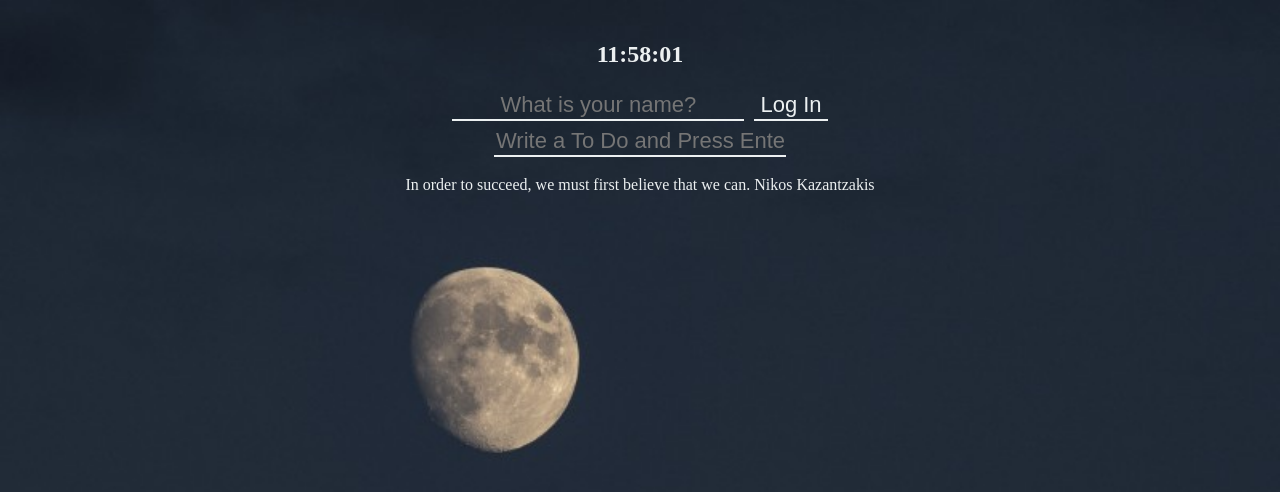
Repository: MIJI-H/chrome
Page: index.html
The author's editor kept a copy of each file at every save. The page is drawn from the files as they stood at one save, then again after the next save.
The browser window is 1280 px wide. The pictures show the whole page.

Above is the page before, as saved 2024-01-26 17:40:05.

### index.html
<!DOCTYPE html>
<html lang="en">
  <head>
    <meta charset="UTF-8" />
    <meta name="viewport" content="width=device-width, initial-scale=1.0" />
    <link rel="stylesheet" href="css/style.css" />
    <title>WELCOME</title>
  </head>
  <body>
    <h2 id="clock">00:00:00</h2>
    <form class="hidden" id="login-form">
      <input
        required
        maxlength="15"
        type="text"
        placeholder="What is your name?"
      />
      <input type="submit" value="Log In" />
    </form>
    <h1 class="hidden" id="greeting"></h1>
    <form id="todo-form">
      <input type="text" placeholder="Write a To Do and Press Enter" required />
    </form>
    <ul id="todo-list"></ul>
    <div id="quote">
      <span></span>
      <span></span>
    </div>
    <div id="weather">
      <span></span>
      <span></span>
    </div>
    <script src="js/greetings.js"></script>
    <script src="js/clock.js"></script>
    <script src="js/quotes.js"></script>
    <script src="js/background.js"></script>
    <script src="js/todo.js"></script>
    <script src="js/weather.js"></script>
  </body>
</html>

### css/style.css
.hidden {
    display: none;
}

body{
    background-color: #2d3436;
    text-align: center;
    color: #ecf0f1;
    padding: 1%;
}

h1{
    font-size: 112px;
    margin-top:13%;
    margin-bottom: 0px;
}

h5{
    font-weight: 100;
    font-size: 22px;
    margin-bottom: 10px;
}

input {
    border: none;
    background: transparent;
    font-size: 22px;
    margin: 3px;
    text-align:center;
    color: #ecf0f1;
    border-bottom: 2px solid #ecf0f1;
}

ul {
    margin-left: 40%;
}

li{
    list-style: none;
    font-size: 20px;
    text-align:left;
    color: #ecf0f1;
}
li:before{
    content:'😊';
    display: inline;
    vertical-align: left;
    padding: 5px;
}

button{
    border: none;
    background: transparent;
    font-size: 22px;
}



.form,
.greetings {
    font-weight: 100;
    font-size: 22px;
    /* margin-bottom: 10px; */
}

.showing{
    display: block;
    transition: color .5s ease-in-out;
    font-size: 34px;
    margin-top: 0px;
}

.bgImg{
    position: absolute;
    top:0;
    left: 0;
    width:100%;
    height: 100%;
    z-index: -1;
    animation: fadeIn 0.5s linear;
}

.js-temp{
    font-weight: 500;
    font-size: 22px;
    padding-left: 95%;
}

.js-place{
    font-weight: 300;
    font-size: 12px;
    padding-left: 95%;
}

@keyframes fadeIn{
    from {
        opacity: 0;
    }
    to{
        opacity : 1;
    }
}

### js/greetings.js
const loginForm = document.querySelector("#login-form");
const loginInput = document.querySelector("#login-form input");
const greeting = document.querySelector("#greeting");

const HIDDEN_CLASSNAME = "hidden";
const USERNAME_KEY = "username";

function onLoginSubmit(event) {
  event.preventDefault();
  loginForm.classList.add(HIDDEN_CLASSNAME);
  const username = loginInput.value;
  localStorage.setItem(USERNAME_KEY, username);
  paintGreetings(username);
}

function paintGreetings(username) {
  greeting.innerText = `Hello ${username}`;
  greeting.classList.remove(HIDDEN_CLASSNAME);
}

const savedUsername = localStorage.getItem(USERNAME_KEY);

if (savedUsername === null) {
  loginForm.classList.remove(HIDDEN_CLASSNAME);
  loginForm.addEventListener("submit", onLoginSubmit);
} else {
  paintGreetings(savedUsername);
}

### js/clock.js
const clock = document.querySelector("h2#clock");

function getClock() {
  const date = new Date();
  const hours = String(date.getHours()).padStart(2, "0");
  const minutes = String(date.getMinutes()).padStart(2, "0");
  const seconds = String(date.getSeconds()).padStart(2, "0");
  clock.innerText = `${hours}:${minutes}:${seconds}`;
}

getClock();
setInterval(getClock, 1000);

### js/quotes.js
const quotes = [
    {
      quote: "The road to success and the road to failure are almost exactly the same.",
      author: "Colin R. Davis",
    },
    {
      quote: "It is better to fail in originality than to succeed in imitation.",
      author: "Herman Melville",
    },
    {
      quote:
        "Success is walking from failure to failure with no loss of enthusiasm.",
      author: "Winston Churchill",
    },
    {
      quote: "All progress takes place outside the comfort zone.",
      author: "Michael John Bobak",
    },
    {
      quote: "Success usually comes to those who are too busy to be looking for it.",
      author: "Walt Disney",
    },
    {
      quote: "The way to get started is to quit talking and begin doing.",
      author: "Albert Einstein",
    },
    {
      quote: "You only live once, but if you do it right, once is enough.",
      author: "Mae West",
    },
    {
      quote: "Success is not the key to happiness. Happiness is the key to success. If you love what you are doing, you will be successful.",
      author: "Albert Schweitzer",
    },
    {
      quote: "Success seems to be connected with action. Successful people keep moving.",
      author: "Conrad Hilton",
    },
    {
      quote: "In order to succeed, we must first believe that we can.",
      author: "Nikos Kazantzakis",
    },
  ];

  const quote = document.querySelector("#quote span:first-child");
  const author = document.querySelector("#quote span:last-child");
  const todaysQuote = quotes[Math.floor(Math.random() * quotes.length)];

  quote.innerText = todaysQuote.quote;
  author.innerText = todaysQuote.author;

### js/background.js
const images = ["01.jpg", "03.jpg","08.jpg", "09.jpg", "10.jpg"];


const body = document.querySelector("body");

// 이미지 갯수
const IMG_NUMBER=images.length;

// 랜덤 숫자 생성
function genRandom(){
    return Math.ceil(Math.random()* IMG_NUMBER);
}

// 랜덤 이미지 출력
function paintImage(imgNumber) {
    const img = new Image();
    img.src = `img/${imgNumber}.jpg`;
    img.classList.add("bgImg");
    body.prepend(img);
}

// 랜덤 수 생성해서, 랜덤 이미지 출력하기
function init() {
    const randomNumber = genRandom();
    paintImage(randomNumber);
}

init();

### js/todo.js
const toDoForm = document.getElementById("todo-form");
const toDoInput = document.querySelector("#todo-form input");
const toDoList = document.getElementById("todo-list");

const TODOS_KEY = "todos";

let toDos = [];

function saveToDos() {
  localStorage.setItem(TODOS_KEY, JSON.stringify(toDos));
}

function deleteToDo(event) {
  const li = event.target.parentElement;
  li.remove();
  toDos = toDos.filter((toDo) => toDo.id !== parseInt(li.id));
  saveToDos();
}

function paintToDo(newTodo) {
  const li = document.createElement("li");
  li.id = newTodo.id;
  const span = document.createElement("span");
  span.innerText = newTodo.text;
  const button = document.createElement("button");
  button.innerText = "❌";
  button.addEventListener("click", deleteToDo);
  li.appendChild(span);
  li.appendChild(button);
  toDoList.appendChild(li);
}

function handleToDoSubmit(event) {
  event.preventDefault();
  const newTodo = toDoInput.value;
  toDoInput.value = "";
  const newTodoObj = {
    text: newTodo,
    id: Date.now(),
  };
  toDos.push(newTodoObj);
  paintToDo(newTodoObj);
  saveToDos();
}

toDoForm.addEventListener("submit", handleToDoSubmit);

const savedToDos = localStorage.getItem(TODOS_KEY);

if (savedToDos !== null) {
  const parsedToDos = JSON.parse(savedToDos);
  toDos = parsedToDos;
  parsedToDos.forEach(paintToDo);
}

### js/weather.js
const API_KEY = "7145e4362d11e747634b0b6754ead97e";

function onGeoOK(position) {
  const lat = position.coords.latitude;
  const lon = position.coords.longitude;
  const url = `https://api.openweathermap.org/data/2.5/weather?lat=${lat}&lon=${lon}&appid=${API_KEY}&units=metric`;
  fetch(url)
    .then((response) => response.json())
    .then((data) => {
      const weather = document.querySelector("#weather span:first-child");
      const city = document.querySelector("#weather span:last-child");
      city.innerText = data.name;
      weather.innerText = `${data.weather[0].main} / ${data.main.temp}°C`;
    });
}
function onGeoError() {
  alert("Cannot find your location. No weather for you.");
}

navigator.geolocation.getCurrentPosition(onGeoOK, onGeoError);

After the next save:
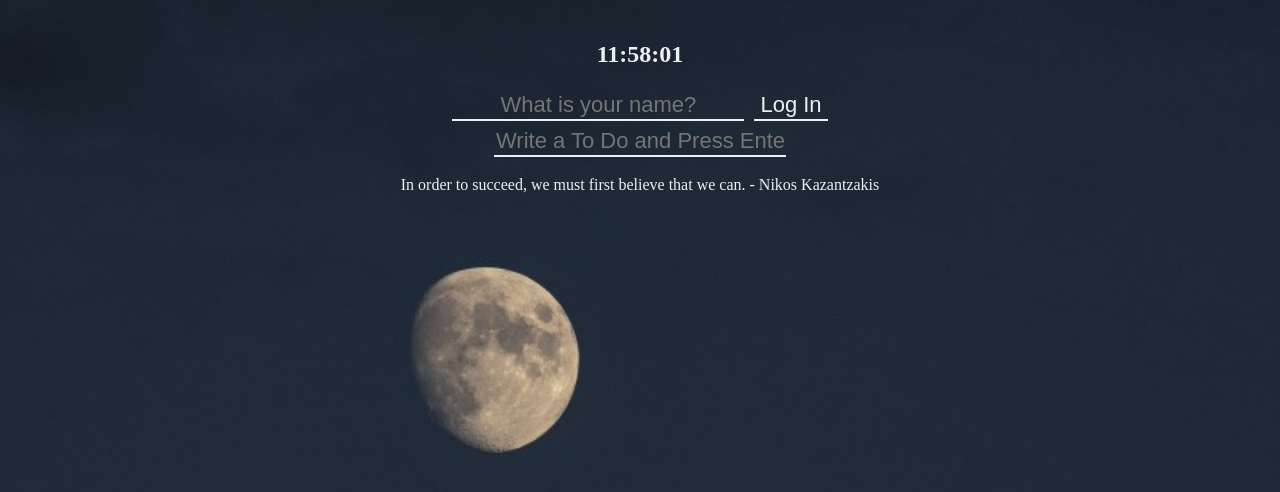
Saved 4 min 19 s later.
--- a/js/quotes.js
+++ b/js/quotes.js
@@ -1,44 +1,44 @@
 const quotes = [
     {
       quote: "The road to success and the road to failure are almost exactly the same.",
-      author: "Colin R. Davis",
+      author: " - Colin R. Davis",
     },
     {
       quote: "It is better to fail in originality than to succeed in imitation.",
-      author: "Herman Melville",
+      author: " - Herman Melville",
     },
     {
       quote:
         "Success is walking from failure to failure with no loss of enthusiasm.",
-      author: "Winston Churchill",
+      author: " - Winston Churchill",
     },
     {
       quote: "All progress takes place outside the comfort zone.",
-      author: "Michael John Bobak",
+      author: " - Michael John Bobak",
     },
     {
       quote: "Success usually comes to those who are too busy to be looking for it.",
-      author: "Walt Disney",
+      author: " - Walt Disney",
     },
     {
       quote: "The way to get started is to quit talking and begin doing.",
-      author: "Albert Einstein",
+      author: "- Albert Einstein",
     },
     {
       quote: "You only live once, but if you do it right, once is enough.",
-      author: "Mae West",
+      author: "- Mae West",
     },
     {
       quote: "Success is not the key to happiness. Happiness is the key to success. If you love what you are doing, you will be successful.",
-      author: "Albert Schweitzer",
+      author: " - Albert Schweitzer",
     },
     {
       quote: "Success seems to be connected with action. Successful people keep moving.",
-      author: "Conrad Hilton",
+      author: " - Conrad Hilton",
     },
     {
       quote: "In order to succeed, we must first believe that we can.",
-      author: "Nikos Kazantzakis",
+      author: " - Nikos Kazantzakis",
     },
   ];
 
